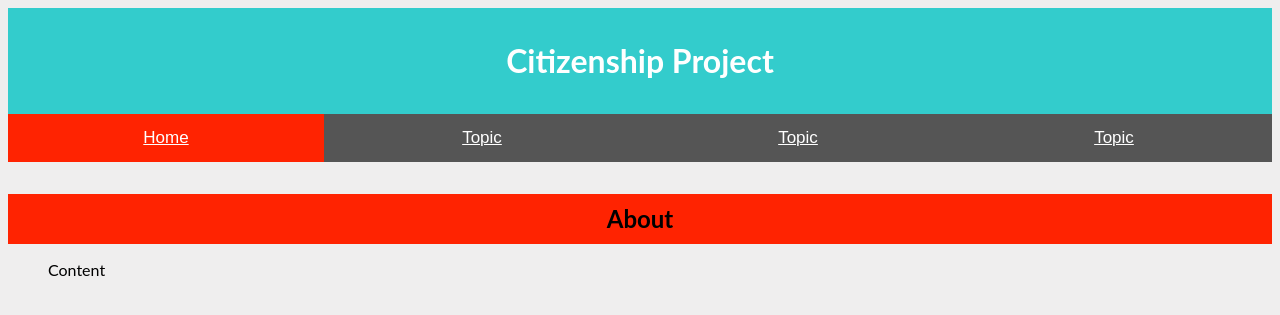
Repository: celrod1/ITIS2211
Page: Index.html
The author's editor kept a record of every edit. The page is drawn from the files as they stood at one moment, then again after the next edit.
The browser window is 1280 px wide. The pictures show the whole page.

Above is the page before.

After the next edit:
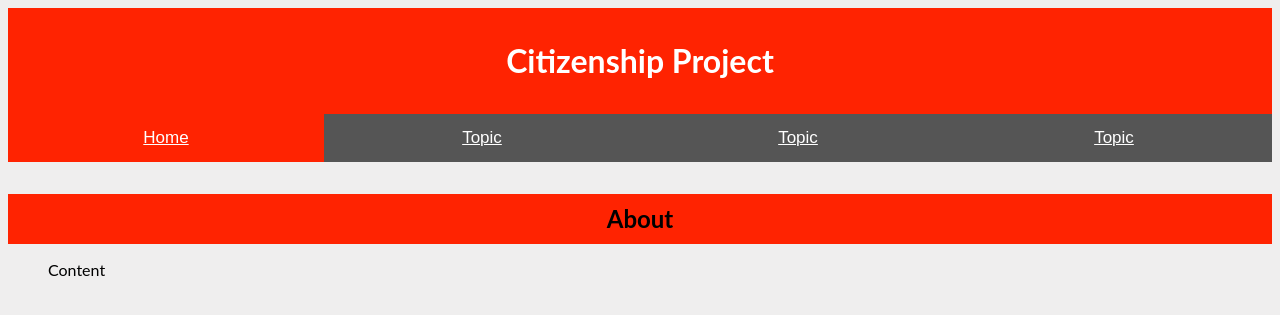
The edit:
--- a/Index.html
+++ b/Index.html
@@ -28,7 +28,7 @@
   text-align: center;
 }
 
-#Home {background-color:#33cccc;}
+#Home {background-color:#FF2301;}
 #Topic {background-color:#ff4d4d;}
 #Topic {background-color:#c653c6;}
 #Topic {background-color:#ffb84d;}
